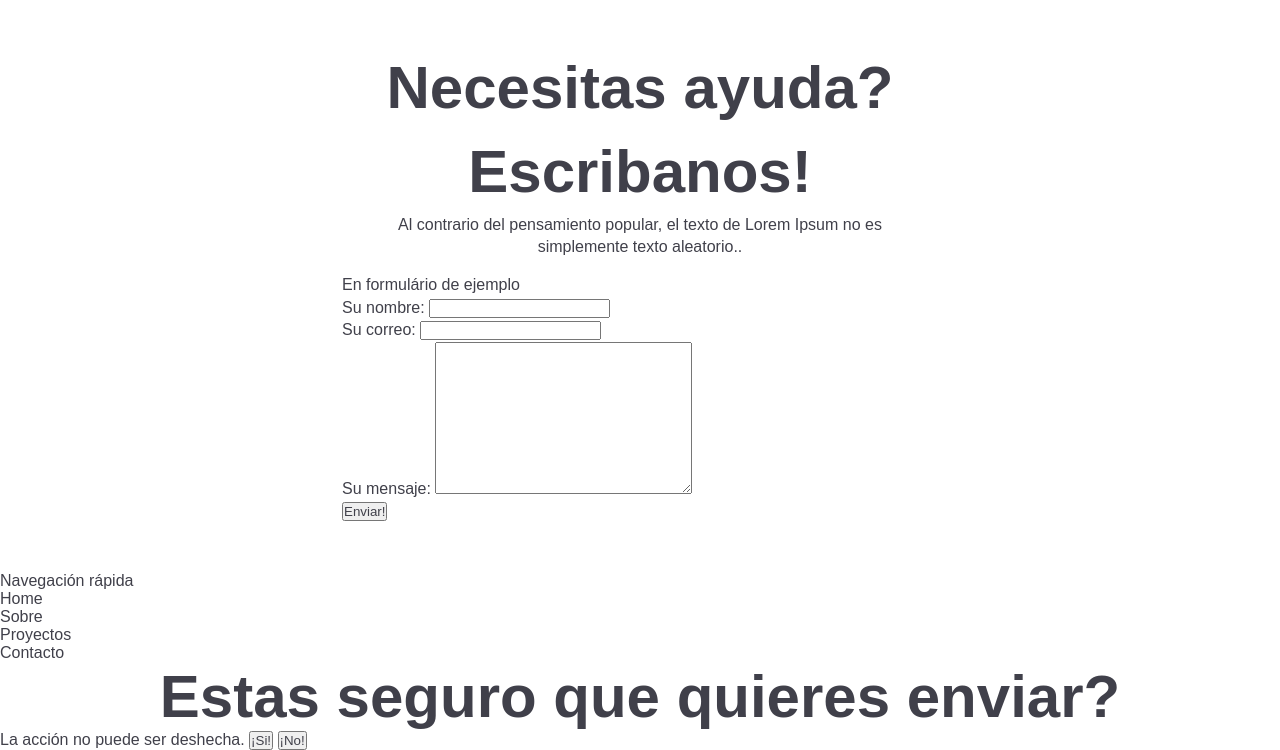
Repository: robsonmarkes/accesibilidad
Page: index.html
The author's editor kept a copy of each file at every save. The page is drawn from the files as they stood at one save, then again after the next save.
The browser window is 1280 px wide. The pictures show the part of the page from y = 1369 to 2119 px (the page is 2119 px tall before and 2099 px after).
A picture or video elsewhere on the page could not be fetched, so the positions and the page height are approximate.

Above is the page before, as saved 2022-10-11 10:50:36.

After the next save:
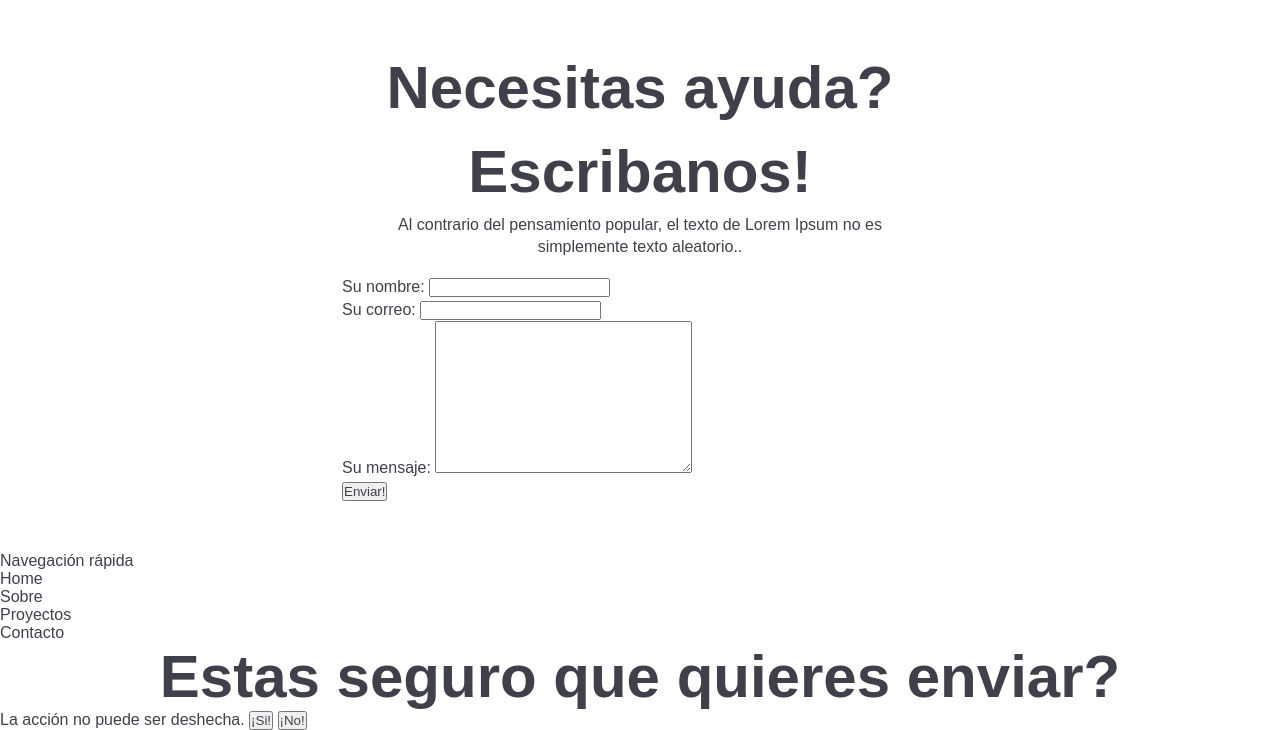
Saved 30 s later.
--- a/style.css
+++ b/style.css
@@ -128,3 +128,8 @@ body a:hover {
 .wrap .content .article form fieldset {
     border-color: transparent;
 }
+
+.wrap .content .article form fieldset legend {
+    opacity: 0;
+    font-size: 0px;
+}
